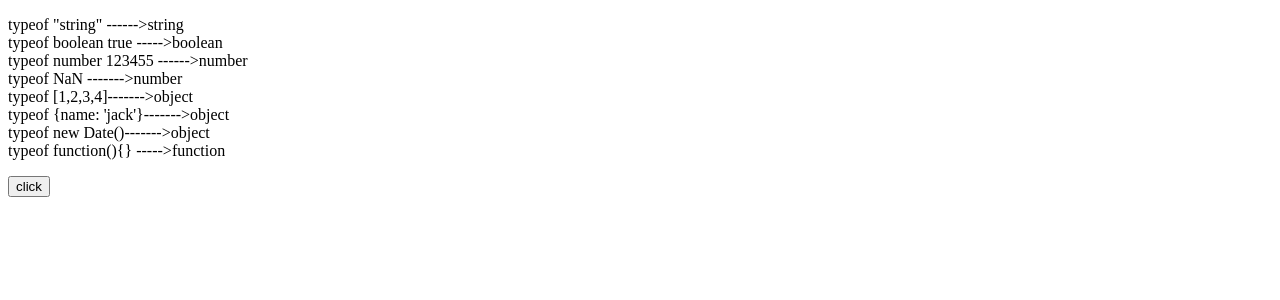
Repository: SlimShadyBaby/study-vue
Page: code/003-JavaScript/1-数据类型/structure.html
These files come from the project's save history. The page is drawn as it stood at one moment and after the next save; the edit follows.
The browser window is 1280 px wide. The pictures show the whole page.
After loading, the first visible `input` was clicked once.

Above is the page before, as saved 2021-09-07 20:55:31.

### code/003-JavaScript/1-数据类型/structure.html
<!DOCTYPE html>
<html lang="en">
<head>
    <meta charset="UTF-8">
    <meta http-equiv="X-UA-Compatible" content="IE=edge">
    <meta name="viewport" content="width=device-width, initial-scale=1.0">
    <title>Document</title>
    <script>
        function getTypeOf() {
            document.getElementById("p").innerHTML=
            "typeof \"string\" ------>" + typeof "string" + "<br>" +
            "typeof boolean true ----->" + typeof true + "<br>" +
            "typeof number 123455 ------>" + typeof 123455 + "<br>" +
            "typeof NaN ------->" + typeof NaN + "<br>" +
            "typeof [1,2,3,4]------->" + typeof [1,2,3,4] + "<br>" +
            "typeof {name: 'jack'}------->" + typeof {name: "jack"} + "<br>" +
            "typeof new Date()------->" + typeof new Date()+ "<br>" +
            "typeof function(){} ----->" + typeof function(){}
        }

    </script>
</head>
<body>
    <p id="p"></p>
    <input type="button" value="click" onclick="getTypeOf();">
</body>
</html>

After the next save:
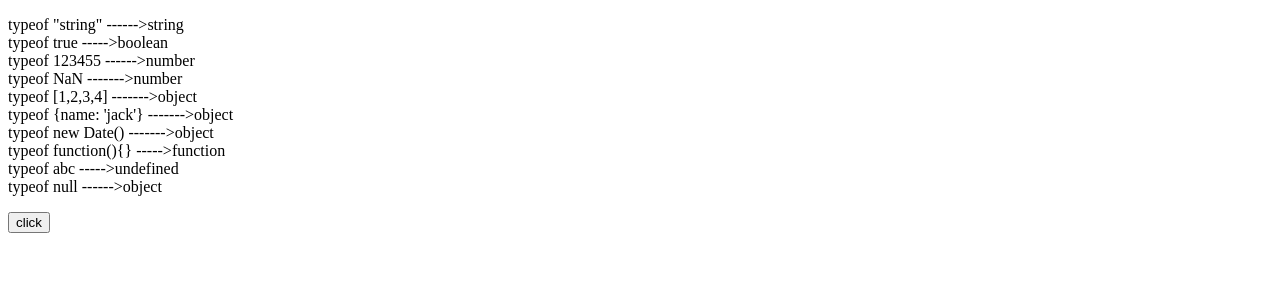
Saved 69 s later.
--- a/code/003-JavaScript/1-数据类型/structure.html
+++ b/code/003-JavaScript/1-数据类型/structure.html
@@ -9,13 +9,15 @@
         function getTypeOf() {
             document.getElementById("p").innerHTML=
             "typeof \"string\" ------>" + typeof "string" + "<br>" +
-            "typeof boolean true ----->" + typeof true + "<br>" +
-            "typeof number 123455 ------>" + typeof 123455 + "<br>" +
+            "typeof true ----->" + typeof true + "<br>" +
+            "typeof 123455 ------>" + typeof 123455 + "<br>" +
             "typeof NaN ------->" + typeof NaN + "<br>" +
-            "typeof [1,2,3,4]------->" + typeof [1,2,3,4] + "<br>" +
-            "typeof {name: 'jack'}------->" + typeof {name: "jack"} + "<br>" +
-            "typeof new Date()------->" + typeof new Date()+ "<br>" +
-            "typeof function(){} ----->" + typeof function(){}
+            "typeof [1,2,3,4] ------->" + typeof [1,2,3,4] + "<br>" +
+            "typeof {name: 'jack'} ------->" + typeof {name: "jack"} + "<br>" +
+            "typeof new Date() ------->" + typeof new Date() + "<br>" +
+            "typeof function(){} ----->" + typeof function(){} + "<br>" +
+            "typeof abc ----->" + typeof abc + "<br>" +
+            "typeof null ------>" + typeof null
         }
 
     </script>
